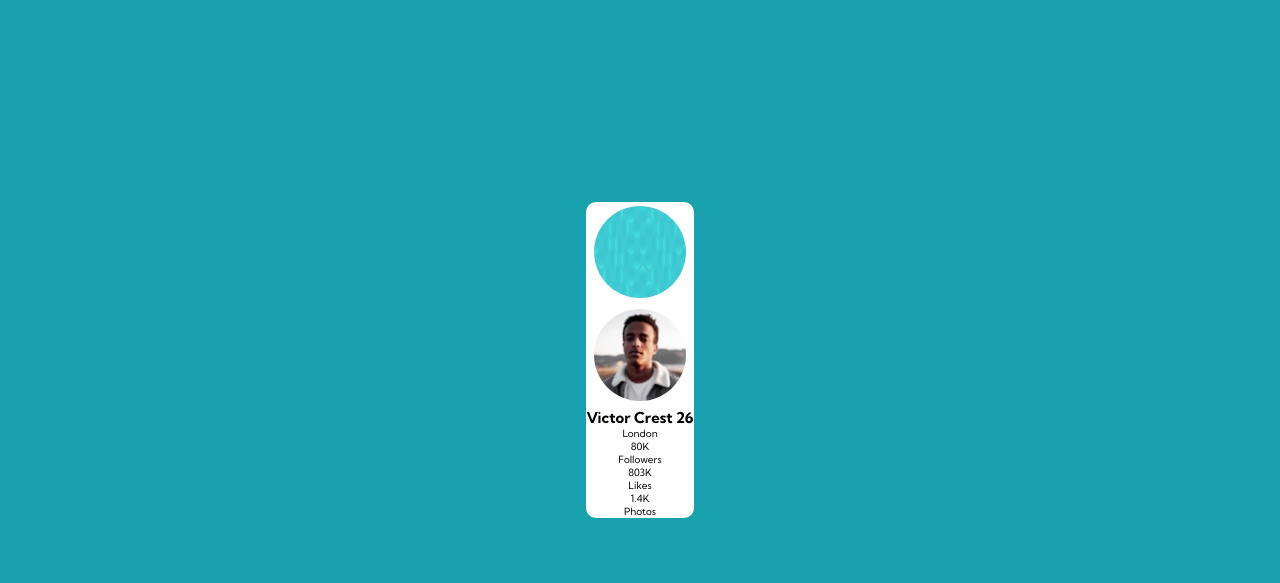
Repository: thaibaocoder1/profile-card-component-main
Page: index.html
An editor plug-in stored every save of this project. The page is shown before and after the next save, followed by the edit.
The browser window is 1280 px wide. The pictures show the whole page.

Above is the page before, as saved 2023-01-11 13:49:20.

After the next save:
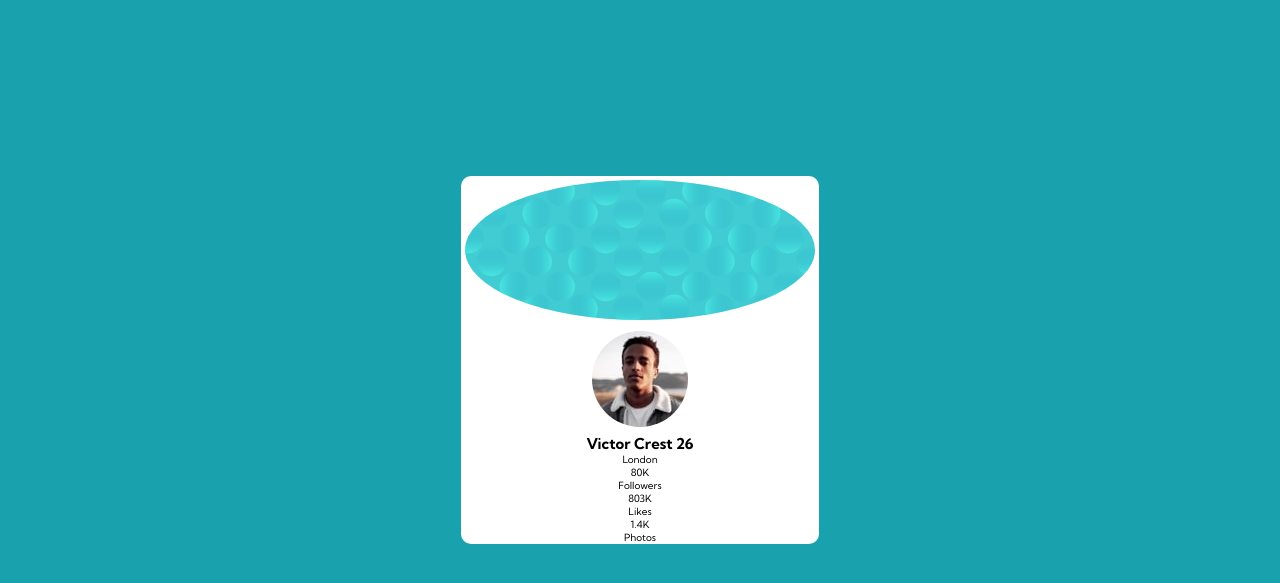
Saved 19 s later.
--- a/style.css
+++ b/style.css
@@ -37,8 +37,8 @@ body {
     margin: 1rem;
 }
 .card__wrapper img {
-    width: 10rem;
-    height: 10rem;
+    /* width: 10rem;
+    height: 10rem; */
     border-radius: 50%;
     border: 4px solid #fff;
 }
